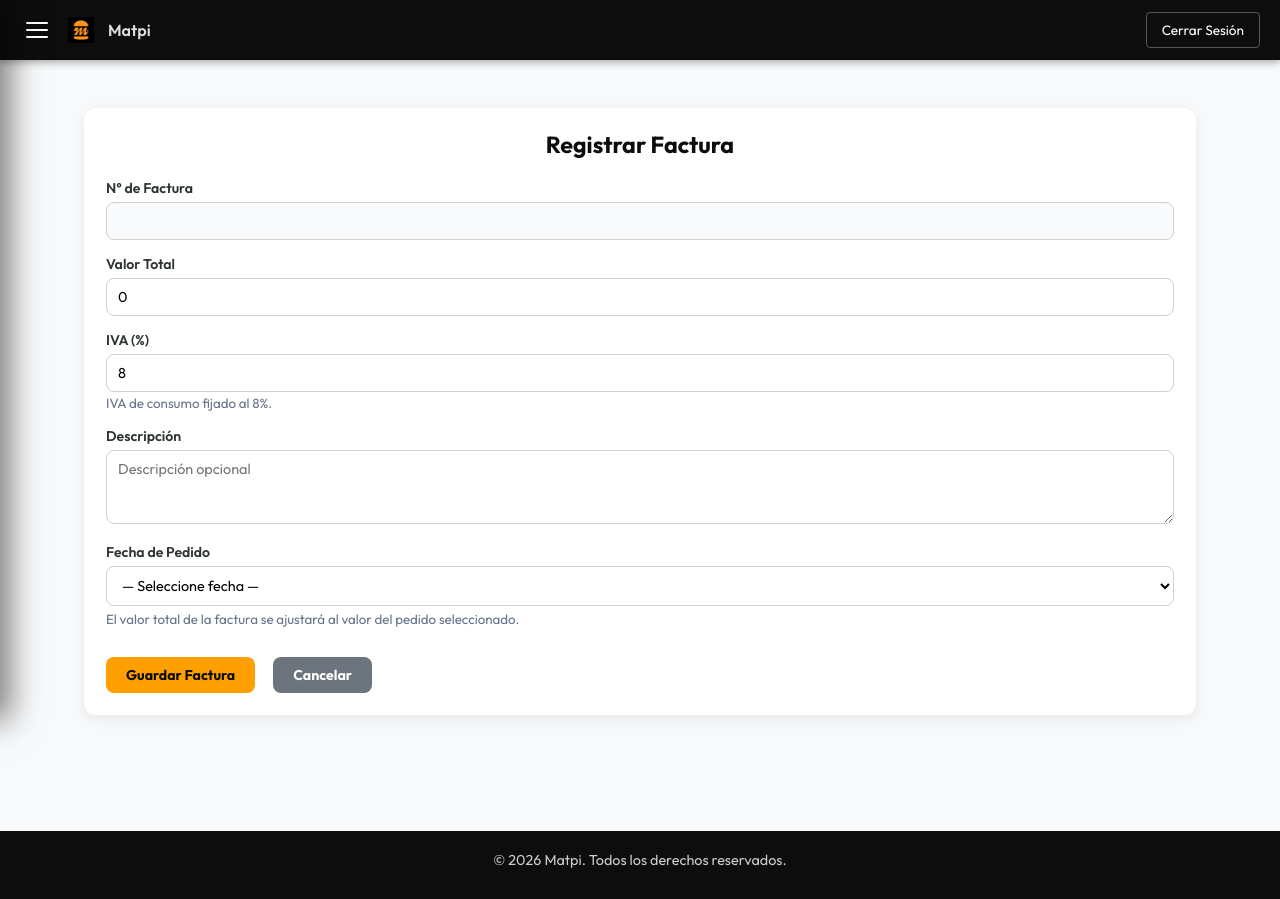
Repository: JuanFelipeNieto/MATPI-Python
Page: MATPI/facturas/templates/facturas/registrar.html
An editor plug-in stored every save of this project. The page is shown before and after the next save, followed by the edit.
The browser window is 1280 px wide. The pictures show the whole page.
The template is drawn by Django 5.2. The application's start-up code is not run. The template is opened directly, without the code that normally fills it, so the values that code supplies are empty.

Above is the page before, as saved 2026-03-19 07:06:34.
Console error: SyntaxError: Unexpected token ';'

After the next save:
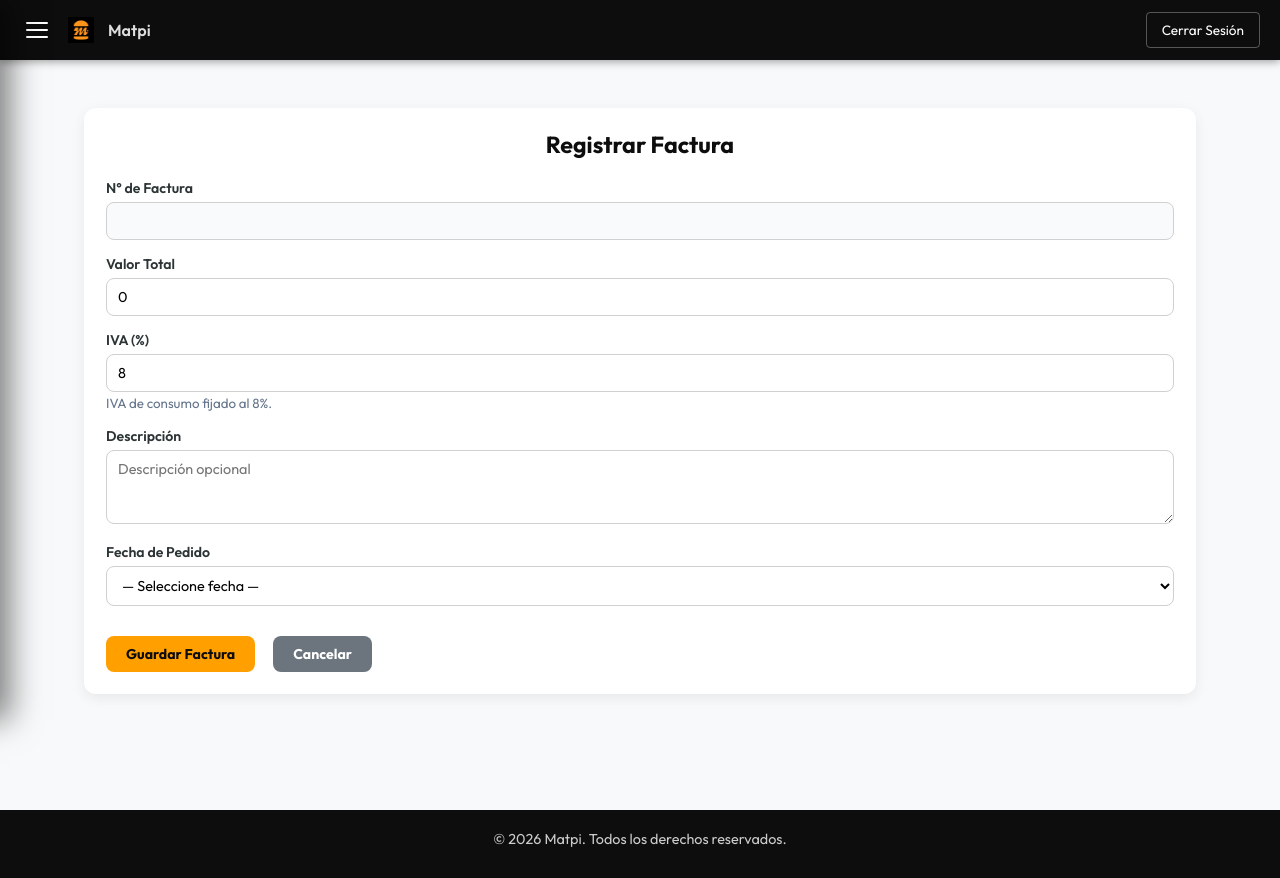
Saved 10 s later.
--- a/MATPI/facturas/templates/facturas/registrar.html
+++ b/MATPI/facturas/templates/facturas/registrar.html
@@ -50,7 +50,6 @@
                     {% endfor %}
                 </select>
             {% endif %}
-            <small style="color: #64748b; margin-top: 5px; display: block;">El valor total de la factura se ajustará al valor del pedido seleccionado.</small>
         </div>
 
         <div style="margin-top: 30px; display: flex; gap: 10px; align-items: center;">
